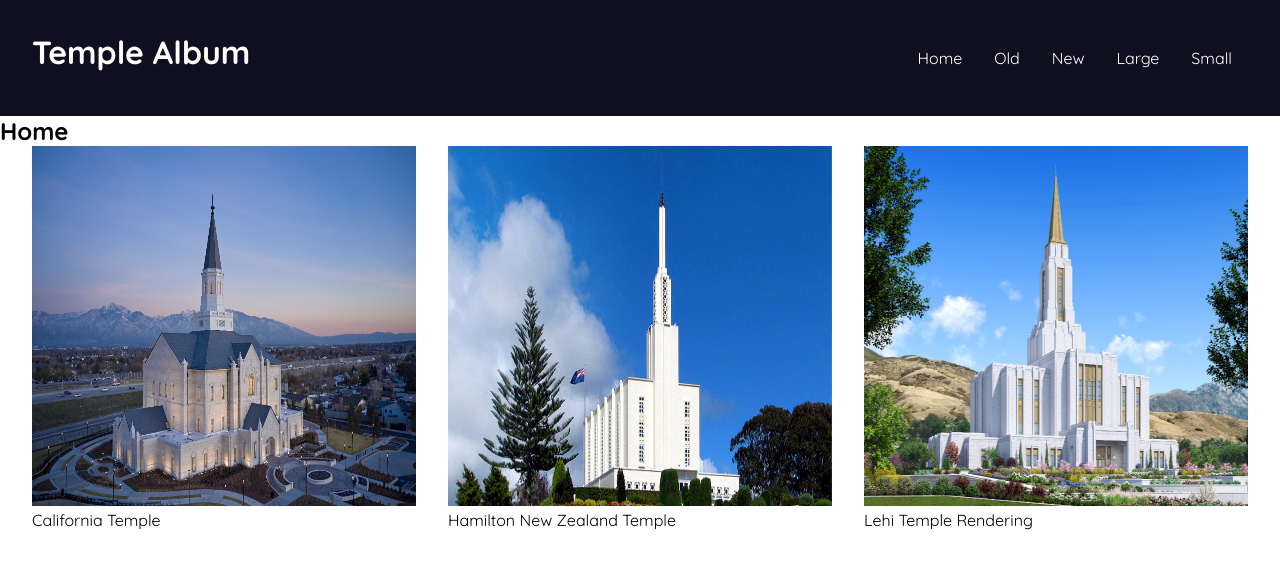
Repository: EguJaredoBoyd/wdd131
Page: temples.html
The author's editor kept a copy of each file at every save. The page is drawn from the files as they stood at one save, then again after the next save.
The browser window is 1280 px wide. The pictures show the part of the page from y = 0 to 562 px (the page is 1482 px tall before and 1514 px after).
Pictures or frames that could not be fetched are drawn as grey boxes. Some web libraries are served in a nearby version.

Above is the page before, as saved 2025-05-15 00:23:57.

### temples.html
<!DOCTYPE html>
<html lang="en">
<head>
    <meta charset="UTF-8">
    <meta name="viewport" content="width=device-width, initial-scale=1.0">
    <meta name="description" content="A simple responsive webpage that shows a gallery picture of different temples">
    <meta name="author" content="Egu Chidiebere Jared">
    <title>WDD131 - Temple Gallery - Egu Chidiebere Jared</title>
    <link rel="preconnect" href="https://fonts.googleapis.com">
    <link rel="preconnect" href="https://fonts.gstatic.com" crossorigin>
    <link href="https://fonts.googleapis.com/css2?family=Quicksand:wght@300..700&display=swap" rel="stylesheet">
    <link rel="stylesheet" href="https://cdn.jsdelivr.net/npm/remixicon@4.6.0/fonts/remixicon.min.css">
    <link rel="stylesheet" href="./styles/temples.css">
    <link rel="stylesheet" href="./styles/temples-large.css">
    <script src="./scripts/temples.js" defer></script>
</head>
<body>
    <header>
        <h1>Temple Album</h1>
        <nav>
            <div id="menu-show">
                <i class="ri-menu-line menu-toggle" aria-label="Hamburger menu" id="menu-toggle"></i>
                <i class="ri-close-large-line cancel-button" aria-label="Cancel button" id="cancel-button"></i>
            </div>
            <ul id="menu" class="menu">
                <li>
                    <a href="#">Home</a>
                </li>
                <li>
                    <a href="#">Old</a>
                </li>
                <li>
                    <a href="#">New</a>
                </li>
                <li>
                    <a href="#">Large</a>
                </li>
                <li>
                    <a href="#">Small</a>
                </li>
            </ul>
        </nav>
    </header>
    <main>
        <h2>Home</h2>
        <div class="temples">
            <figure class="california">
                <img src="./images/california-temple.jpeg" alt="California Temple">
                <figcaption>California Temple</figcaption>
            </figure>
            <figure class="hamilton">
                <img src="./images/hamilton-new-zealand-temple.jpg" alt="Hamilton New Zealand Temple">
                <figcaption>Hamilton New Zealand Temple</figcaption>
            </figure>
            <figure class="lehi">
                <img src="./images/Lehi-Temple-Rendering.jpg" alt="Lehi Temple Rendering">
                <figcaption>Lehi Temple Rendering</figcaption>
            </figure>
            <figure class="modesto">
                <img src="./images/Modesto-CA-Temple.jpg" alt="Modesto CA Temple">
                <figcaption>Modesto CA Temple</figcaption>
            </figure>
            <figure class="oakland">
                <img src="./images/oakland-california-temple.jpg" alt="Oakland California Temple">
                <figcaption>Oakland California Temple</figcaption>
            </figure>
            <figure class="oquirrh">
                <img src="./images/oquirrh-mountain-utah-temple-.jpg" alt="Oquirrh Mountain Utah Temple">
                <figcaption>Oquirrh Mountain Utah Temple</figcaption>
            </figure>
            <figure class="salt-lake">
                <img src="./images/salt-lake-temple.jpg" alt="Salt Lake Temple">
                <figcaption>Salt Lake Temple</figcaption>
            </figure>
            <figure class="st-george">
                <img src="./images/ST_George_Temple.webp" alt="St George Temple">
                <figcaption>St George Temple</figcaption>
            </figure>
            <figure class="washington">
                <img src="./images/washington_dc_temple.webp" alt="Washington DC Temple">
                <figcaption>Washington DC Temple</figcaption>
            </figure>
        </div>

    </main>
    <footer>
        <p>
            <span id="currentyear"></span>
            Egu Chidiebere Jared, Aba Abia State.

        </p>
        <p id="lastModified"></p>
    </footer>

</body>
</html>

### styles/temples.css
*{
    margin: 0;
}

html{
    font-family: "Quicksand", sans-serif;
}
header{
    background-color: rgb(15, 15, 32);
    display: flex;
    justify-content: space-between;
    margin: 0;
    color: white;
    padding: 2rem;
}
header nav i{
    font-size: larger;

}
nav{
   display: flex;
}
nav ul li{
    list-style-type: none;
    margin-top: 1rem;
}
nav ul li a{
    text-decoration: none;
    color: white;
    transition: all 0.3s ease-in;
}
nav ul li a:hover{
    background-color: rgb(163, 163, 243);
    padding: 0 1rem;
    border-radius: 30px;
}
#menu-toggle.show {
    display: none;
}

#cancel-button {
    display: none;
}

#cancel-button.show {
    display: inline-block;
}
#menu{
    display: none;
}
#menu.show{
    display: block;
}
.temples{
    display: grid;
    justify-content: center;
    gap: 2rem;
    grid-template-areas:
    "california"
    "hamilton"
    "lehi-temple"
    "Modesto"
    "oakland"
    "oquirrh"
    "salt-lake"
    "st-george"
    "washington";
    max-width: 100%;
}
main  h1{
    text-align: center;
    margin: 1rem 0;

}
.california{
    grid-area: california;
}
.hamilton{
    grid-area: hamilton;
}
.lehi{
    grid-area: lehi-temple;
}
.modesto{
    grid-area: Modesto;
}
.oakland{
    grid-area: oakland;
}
.oquirrh{
    grid-area: oquirrh;
}
.salt-lake{
    grid-area: salt-lake;
}
.st-george{
    grid-area: st-george;
}
.washington{
    grid-area: washington;
}
main figure img{
    height: 40vh;
    width: 85vw;
}
footer{
    background-color:rgb(15, 15, 32);
    color: white;
    text-align: center;
    padding: 1rem;
    margin-top: 1rem;
}

### styles/temples-large.css
@media only screen and (min-width: 767px) {

    .menu{
        display: flex;
        flex-direction: row;


    }
    nav ul li a:hover{
        padding: 0.5rem;
        border-radius: 10px;
    }
    .menu li{
        margin: 1rem;
    }

    #menu{
        display: contents;
    }
    #menu-toggle{
        display: none;
    }
    #cancel-button{
        display: none;
    }
    .temples{
        display: grid;
        grid-template-areas:
        "california hamilton lehi-temple"
        "Modesto  oakland oquirrh"
        "salt-lake st-george washington";
        max-width: 100%;
    }
main figure img{
    height: 50vh;
    width: 30vw;
}

footer{
    padding: 2rem;
}

}

### scripts/temples.js
const menu = document.getElementById("menu");
const menuToggle = document.getElementById("menu-toggle");
const cancelButton = document.getElementById("cancel-button");

menuToggle.addEventListener("click", function () {
    menu.classList.toggle("show");
    menuToggle.classList.add("show");
    cancelButton.classList.add("show");
});

cancelButton.addEventListener("click", function () {
    menu.classList.remove("show");
    menuToggle.classList.remove("show");
    cancelButton.classList.remove("show");
});

const currentYear = new Date().getFullYear();
document.getElementById("currentyear").textContent = currentYear;

document.getElementById("lastModified").textContent = `Last Modified: ${document.lastModified}`;

After the next save:
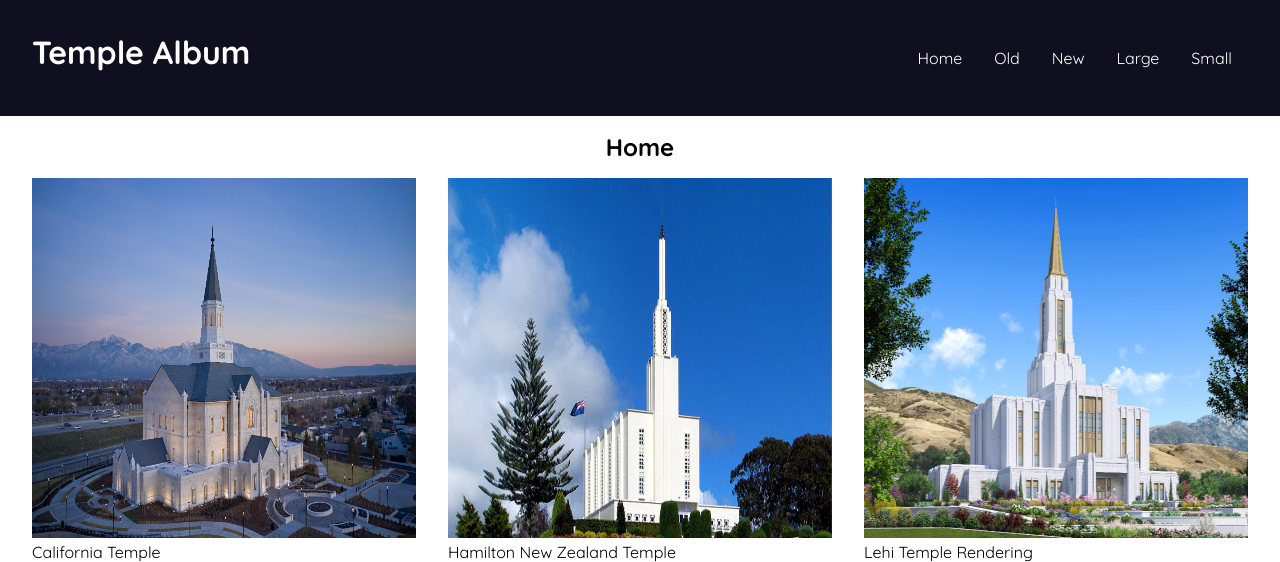
Saved 69 s later.
--- a/styles/temples.css
+++ b/styles/temples.css
@@ -67,7 +67,7 @@
     "washington";
     max-width: 100%;
 }
-main  h1{
+main  h2{
     text-align: center;
     margin: 1rem 0;
 
